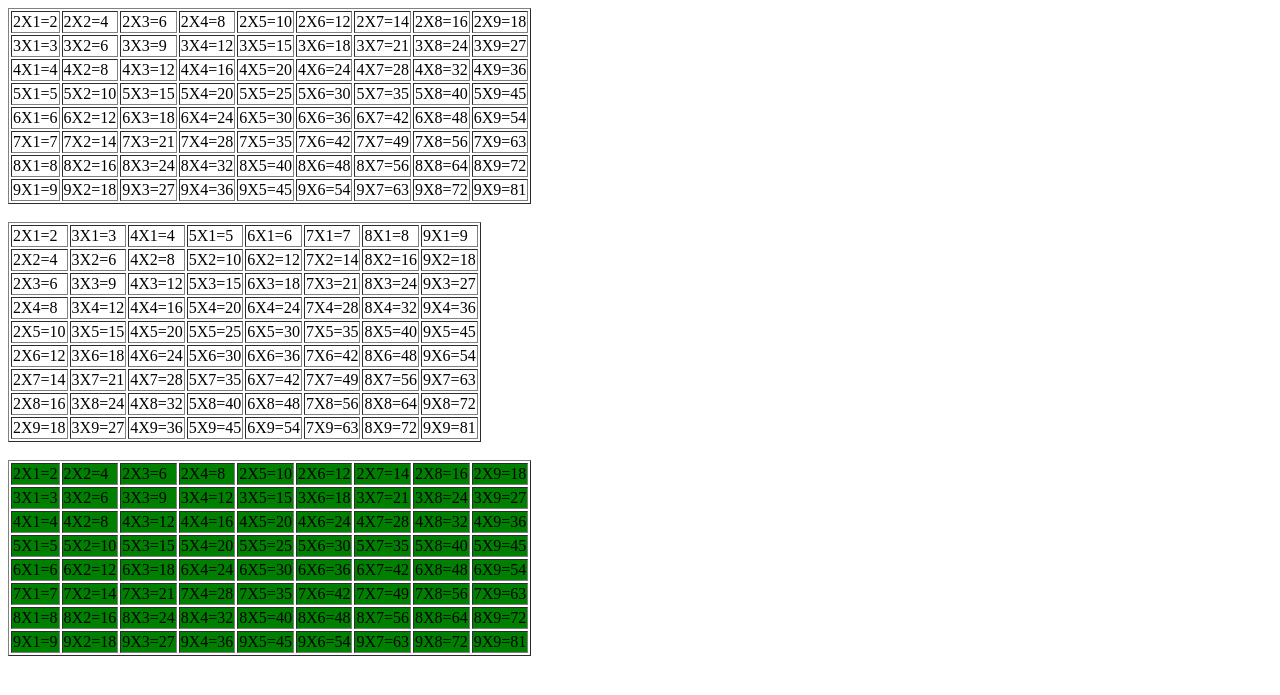
Repository: Kimgigon123123/JspServlet
Page: http://localhost/03.Tag/01.Script/Ex04For.jsp
An editor plug-in stored every save of this project. The page is shown before and after the next save, followed by the edit.
The browser window is 1280 px wide. The pictures show the whole page.
The page is served by Tomcat 9. Other server files are loaded and not shown.

Above is the page before, as saved 2023-05-19 02:16:34.

### WorkSpace/03.Tag/src/main/webapp/01.Script/Ex04For.jsp
<%@ page language="java" contentType="text/html; charset=UTF-8"
    pageEncoding="UTF-8"%>
<!DOCTYPE html>
<html>
<head>
<meta charset="UTF-8">
<title>Insert title here</title>
</head>
<body>
	<table border = "1px solid black">
	<% for(int i=2;i<=9;i++){%><tr>
		<%for(int j=1;j<=9;j++){%>
	<td><%=i+"X"+j+"="+i*j %></td>

	<% } %> </tr>
	<% }%> </table>

	<br>

	<table border = "1px solid black">
	<% for(int i=1;i<=9;i++){%><tr>
		<%for(int j=2;j<=9;j++){%>
	<td><%=j+"X"+i+"="+i*j %></td>

	<% } %> </tr>
	<% }%> </table>

	<br>

	<table border = "1px solid black">
	<% for(int i=2;i<=9;i++){%><tr>
		<%for(int j=1;j<=9;j++){%>
	<td style="background-color:green"><%=i+"X"+j+"="+i*j %></td>

	<% } %> </tr>
	<% }%> </table>




</body>
</html>

After the next save:
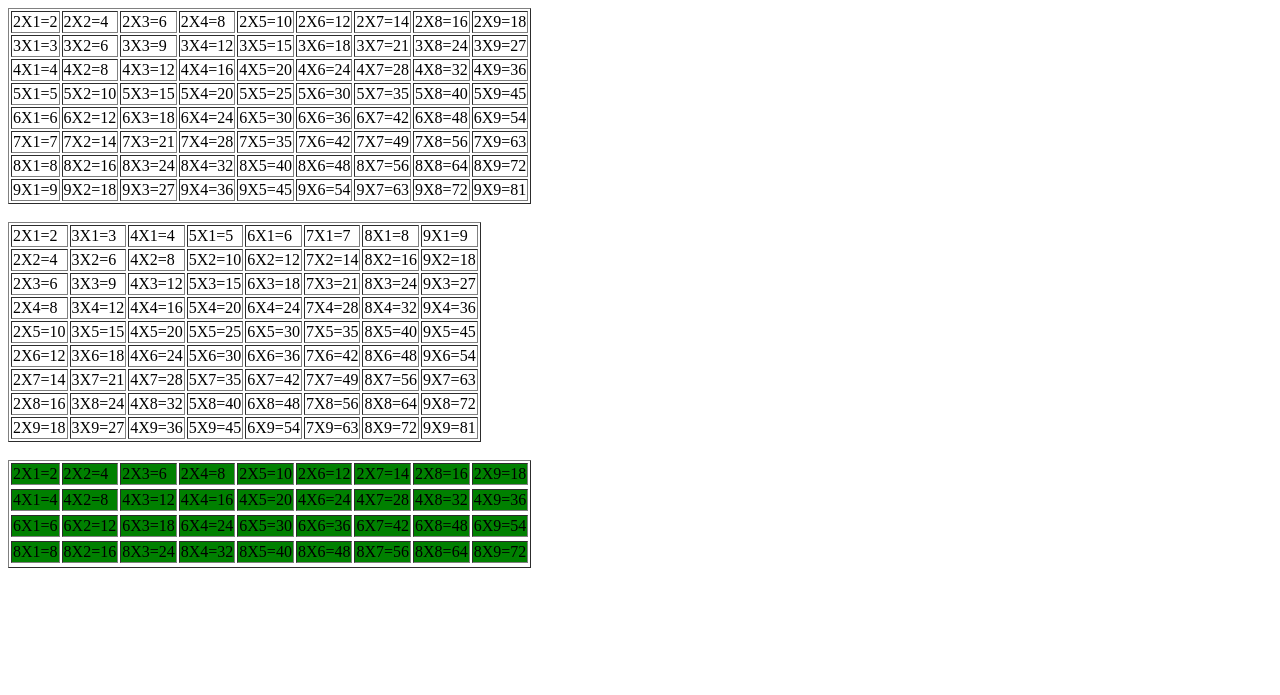
Saved 74 s later.
--- a/WorkSpace/03.Tag/src/main/webapp/01.Script/Ex04For.jsp
+++ b/WorkSpace/03.Tag/src/main/webapp/01.Script/Ex04For.jsp
@@ -30,8 +30,9 @@
 	<table border = "1px solid black">
 	<% for(int i=2;i<=9;i++){%><tr>
 		<%for(int j=1;j<=9;j++){%>
+		<%if(i%2==0){%>
 	<td style="background-color:green"><%=i+"X"+j+"="+i*j %></td>
-
+		<%}%>
 	<% } %> </tr>
 	<% }%> </table>
 
